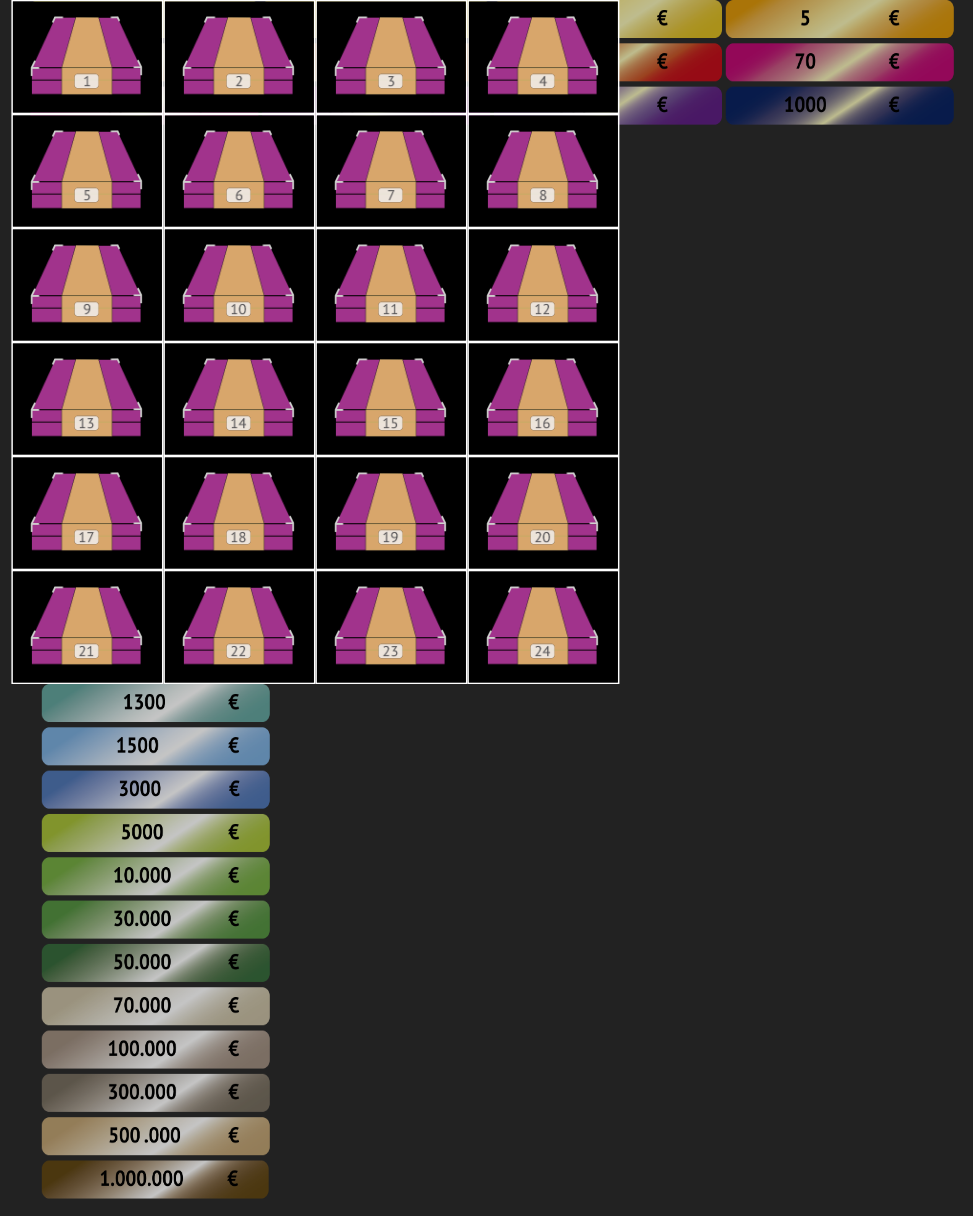
Repository: elnacp/Deal_or_no_deal
Page: DealOrNoDeal/index.html
An editor plug-in stored every save of this project. The page is shown before and after the next save, followed by the edit.
The browser window is 1280 px wide. The pictures show the whole page, at 76% of full size.
Some web libraries are served in a nearby version.

Above is the page before, as saved 2017-11-27 00:20:26.

### DealOrNoDeal/index.html
<!DOCTYPE html>
<html>
<head>
    <meta charset="utf-8" />
    <meta name="viewport" content="width=device-width, initial-scale=1.0, maximum-scale=1.0">
    <meta name="description" content="Tizen TV basic template generated by Samsung TV Web IDE"/>

    <title>Tizen TV Web IDE - Tizen TV - Tizen TV basic Application</title>

	<!-- jQuery library -->
	<script src="https://ajax.googleapis.com/ajax/libs/jquery/3.1.1/jquery.min.js"></script>
    <link rel="stylesheet" href="https://maxcdn.bootstrapcdn.com/bootstrap/4.0.0-beta.2/css/bootstrap.min.css" integrity="sha384-PsH8R72JQ3SOdhVi3uxftmaW6Vc51MKb0q5P2rRUpPvrszuE4W1povHYgTpBfshb" crossorigin="anonymous">
    <script src="https://code.jquery.com/jquery-3.2.1.slim.min.js" integrity="sha384-KJ3o2DKtIkvYIK3UENzmM7KCkRr/rE9/Qpg6aAZGJwFDMVNA/GpGFF93hXpG5KkN" crossorigin="anonymous"></script>
    <script src="https://cdnjs.cloudflare.com/ajax/libs/popper.js/1.12.3/umd/popper.min.js" integrity="sha384-vFJXuSJphROIrBnz7yo7oB41mKfc8JzQZiCq4NCceLEaO4IHwicKwpJf9c9IpFgh" crossorigin="anonymous"></script>
    <script src="https://maxcdn.bootstrapcdn.com/bootstrap/4.0.0-beta.2/js/bootstrap.min.js" integrity="sha384-alpBpkh1PFOepccYVYDB4do5UnbKysX5WZXm3XxPqe5iKTfUKjNkCk9SaVuEZflJ" crossorigin="anonymous"></script>
    <link rel="stylesheet" type="text/css" href="css/style.css"/>
    <script src="js/main.js"></script>
</head>

<body>
	<div id="container-fluid">
		<!-- <div class = "row">-->
			<div id = "left" class= "col">
				<ul>
					<input type="image"  id ="prizes" src="./img/prizes/0,01.png"   />
					<input type="image"  id ="prizes" src="./img/prizes/0,5.png"   />
					<input type="image"  id ="prizes" src="./img/prizes/1.png"  	/>
					<input type="image"  id ="prizes" src="./img/prizes/5.png"  	/>
					<input type="image"  id ="prizes" src="./img/prizes/10.png"     />
					<input type="image"  id ="prizes" src="./img/prizes/30.png"     />
					<input type="image"  id ="prizes" src="./img/prizes/50.png"     />
					<input type="image"  id ="prizes" src="./img/prizes/70.png"     />
					<input type="image"  id ="prizes" src="./img/prizes/100.png"    />
					<input type="image"  id ="prizes" src="./img/prizes/300.png"    />
					<input type="image"  id ="prizes" src="./img/prizes/500.png"    />
					<input type="image"  id ="prizes" src="./img/prizes/1000.png"    />
				</ul>
			</div>

			<div id="central" class="col-8">
				<div id="chests" class= "row">
					<input type="image"  id ="image" src="./img/chests/1.png"  />
					<input type="image"  id ="image" src="./img/chests/2.png"  />
					<input type="image"  id ="image" src="./img/chests/3.png"  />
					<input type="image"  id ="image" src="./img/chests/4.png"  />
					<input type="image"  id ="image" src="./img/chests/5.png"  />
					<input type="image"  id ="image" src="./img/chests/6.png"  />
				</div>
				<div id="chests" class= "row">
					<input type="image"  id ="image" src="./img/chests/7.png"   />
					<input type="image"  id ="image" src="./img/chests/8.png"   />
					<input type="image"  id ="image" src="./img/chests/9.png"   />
					<input type="image"  id ="image" src="./img/chests/10.png"  />
					<input type="image"  id ="image" src="./img/chests/11.png"  />
					<input type="image"  id ="image" src="./img/chests/12.png"  />
				</div>
				<div id="chests" class= "row">
					<input type="image"  id ="image" src="./img/chests/13.png"  />
					<input type="image"  id ="image" src="./img/chests/14.png"  />
					<input type="image"  id ="image" src="./img/chests/15.png"  />
					<input type="image"  id ="image" src="./img/chests/16.png"  />
					<input type="image"  id ="image" src="./img/chests/17.png"  />
					<input type="image"  id ="image" src="./img/chests/18.png"  />
				</div>
				<div id="chests" class= "row">
					<input type="image"  id ="image" src="./img/chests/19.png"  />
					<input type="image"  id ="image" src="./img/chests/20.png"  />
					<input type="image"  id ="image" src="./img/chests/21.png"  />
					<input type="image"  id ="image" src="./img/chests/22.png"  />
					<input type="image"  id ="image" src="./img/chests/23.png"  />
					<input type="image"  id ="image" src="./img/chests/24.png"  />
				</div>
			</div>

			<div id = "right" class= "col-2">
				<ul>
					<input type="image"  id ="prizes" src="./img/prizes/1300.png"   />
					<input type="image"  id ="prizes" src="./img/prizes/1500.png"   />
					<input type="image"  id ="prizes" src="./img/prizes/3000.png"  	/>
					<input type="image"  id ="prizes" src="./img/prizes/5000.png"  	/>
					<input type="image"  id ="prizes" src="./img/prizes/10.000.png"     />
					<input type="image"  id ="prizes" src="./img/prizes/30.000.png"     />
					<input type="image"  id ="prizes" src="./img/prizes/50.000.png"     />
					<input type="image"  id ="prizes" src="./img/prizes/70.000.png"     />
					<input type="image"  id ="prizes" src="./img/prizes/100.000.png"    />
					<input type="image"  id ="prizes" src="./img/prizes/300.000.png"    />
					<input type="image"  id ="prizes" src="./img/prizes/500.000.png"    />
					<input type="image"  id ="prizes" src="./img/prizes/1.000.000.png"    />
				</ul>
			</div>
	</div>

</body>

</html>

### DealOrNoDeal/css/style.css
* {
    font-family: Verdana, Lucida Sans, Arial, Helvetica, sans-serif;
}

body {
    margin: 0px auto;
    background-color:#222;
}

/*.contents {
	display: flex;
	display: -webkit-flex;
	box-sizing: border-box;
	-webkit-box-sizing: border-box;
	height:320px;
}


.content_text {
	font-weight:bold;
	font-size:5em;
	color:#fff;
}*/

.col{

	padding: 0px;
	border: none;
}


.row{
	padding: 0px;
	display: inline;
}

#left{
	position: absolute;
	left: 0px;
}



#prizes{
	width: 300px;
	height:50px;
}

#image{
	width:200px;
	height:150px;
	float:left;
	border: 2px solid white;
}

/*#chests{
	float:left;
}*/

### DealOrNoDeal/js/main.js

window.onload = function () {
    // TODO:: Do your initialization job

    // add eventListener for tizenhwkey
    document.addEventListener('tizenhwkey', function(e) {
        if(e.keyName == "back")
	try {
	    tizen.application.getCurrentApplication().exit();
	} catch (ignore) {
	}
    });



    // Sample code
    /*var textbox = document.querySelector('.contents');
    textbox.addEventListener("click", function(){
    	box = document.querySelector('#textbox');
    	box.innerHTML = box.innerHTML == "Basic" ? "Funciona" : "Basic";
    }); */


};

After the next save:
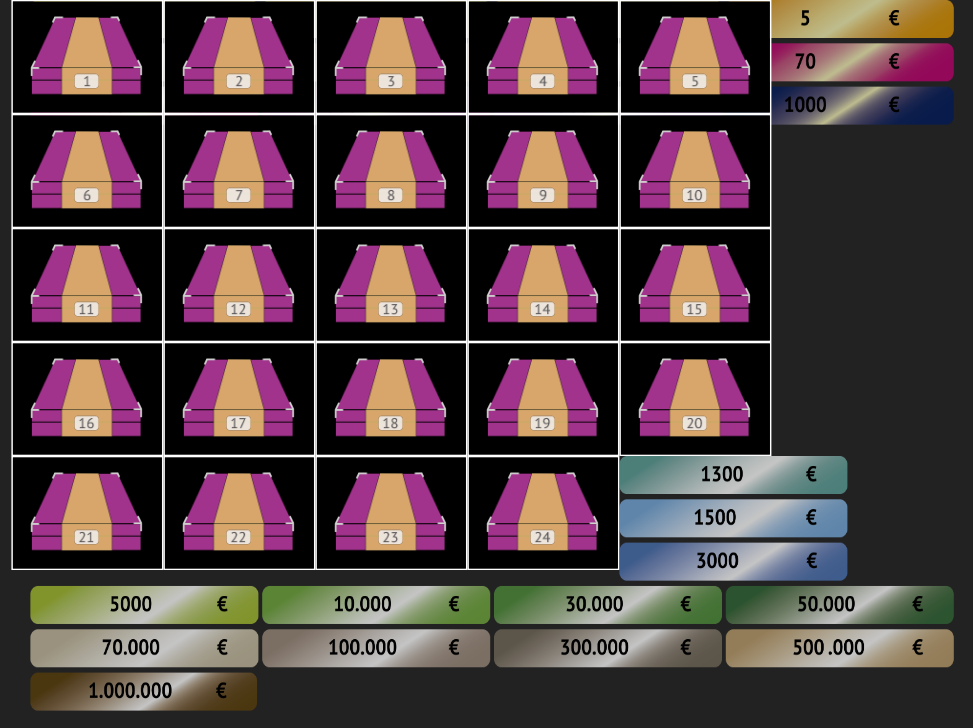
Saved 22 s later.
--- a/DealOrNoDeal/index.html
+++ b/DealOrNoDeal/index.html
@@ -37,7 +37,7 @@
 				</ul>
 			</div>
 
-			<div id="central" class="col-8">
+			<div id="central" class="col-10">
 				<div id="chests" class= "row">
 					<input type="image"  id ="image" src="./img/chests/1.png"  />
 					<input type="image"  id ="image" src="./img/chests/2.png"  />
@@ -72,7 +72,7 @@
 				</div>
 			</div>
 
-			<div id = "right" class= "col-2">
+			<div id = "right" class= "col">
 				<ul>
 					<input type="image"  id ="prizes" src="./img/prizes/1300.png"   />
 					<input type="image"  id ="prizes" src="./img/prizes/1500.png"   />
